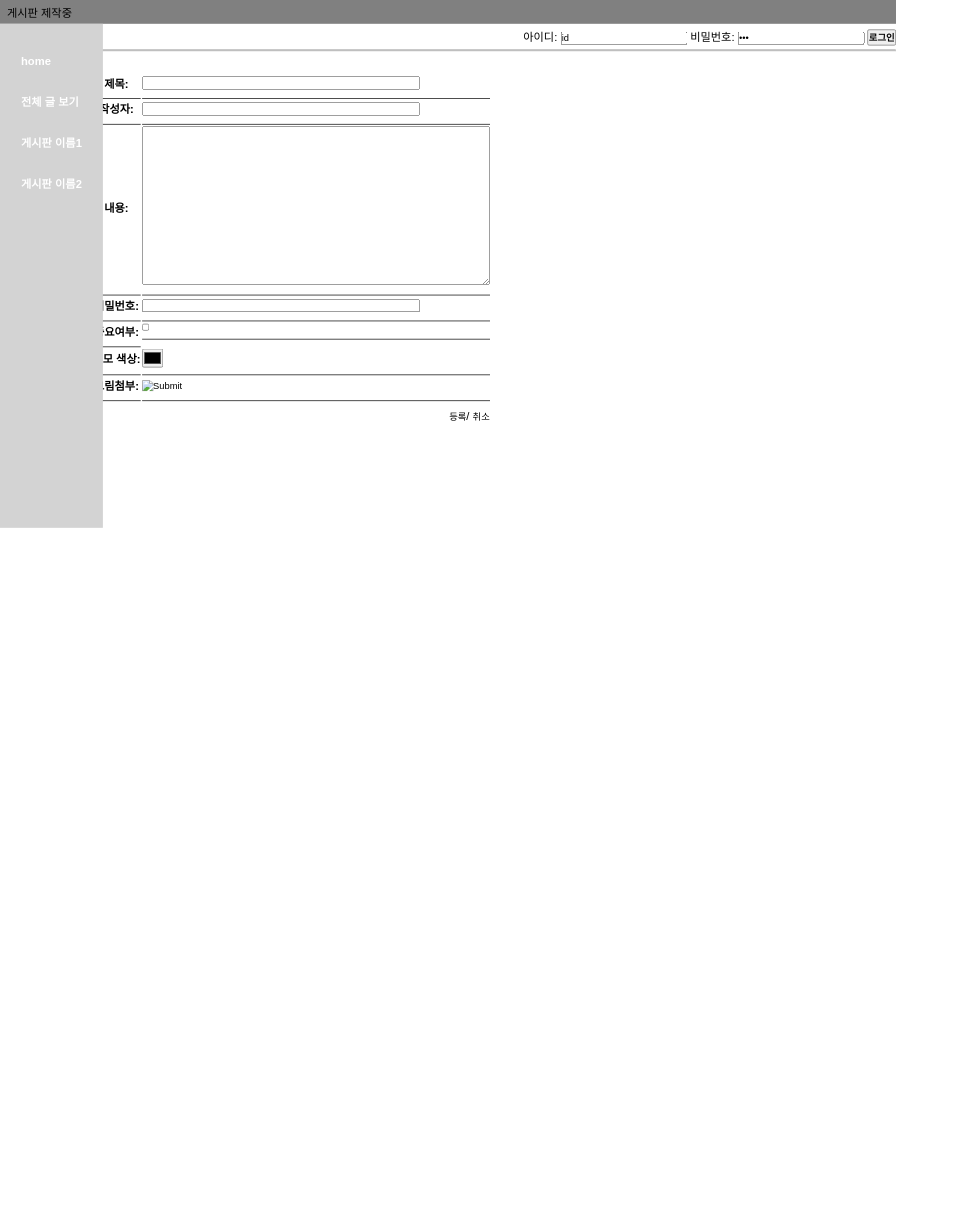
Repository: hyeon-jin-park/study
Page: work/internet_programing/Test_final/public/input.html
An editor plug-in stored every save of this project. The page is shown before and after the next save, followed by the edit.
The browser window is 1280 px wide. The page is 1380 px wide, so the pictures cover 1380 px, including what lies to the right of the window. The pictures show the part of the page from y = 0 to 1760 px (the page is 10000 px tall), at 70% of full size.

Above is the page before, as saved 2025-03-26 09:34:43.

### work/internet_programing/Test_final/public/input.html
<!DOCTYPE html>
<html lang="ko">
<head>

    <meta charset="UTF-8">
    <meta name="viewport" content="width=device-width, initial-scale=1.0">
    <title>input.html</title>
	<link rel="stylesheet" href="layout.css">
	<style>
	* { margin: 0; padding: 0; box-sizing: border-box; }
	body { font-family: Arial, sans-serif; }

	#login_button{
		text-align:center;
		font-weight:bold;

	}
	</style>

</head>


<body>

    <header>
        게시판 제작중
    </header>


    <nav>
    	<ul>
    		<li><a href="home.html">home</a></li>
    		<li><a href="#">전체 글 보기</a></li>
    		<li><a href="#">게시판 이름1</a></li>
    		<li><a href="#">게시판 이름2</a></li>
    	</ul>
    </nav>


    <section>
    <div class="board_title">
    		<h1>게시판 이름</h1>
    			<form style="padding-left:10px">
    			아이디: <input type="text" name="아이디" value="id">
    			비밀번호: <input type="password" name="비밀번호" value="pwd">
    			<button id="login_button" type="submit" >로그인</button>
    			</form>
    	</div>
    	<hr>
    	<hr>
    	<div  class="input_form">
    	    <form method="get">
    		<table>
    			<tr>
    				<th>제목: </th>
    				<td><input type="text" name="제목"></td>
    			</tr>
    			<tr>
    				<th>작성자: </th>
    				<td><input type="text" name="작성자"></td>
    			</tr>
    			<tr>
    				<th>내용: </th>
    				<td><textarea rows="15" cols="60"></textarea></td>
    			</tr>
    			<tr>
    				<th>비밀번호: </th>
    				<td><input type="password" name="등록 비밀번호"></td>
    			</tr>
    			<tr>
    				<th>중요여부: </th>
    				<td style="display:grid; justify-content:start;text-align:center"><input type="checkbox" name="중요도"></td>
    			</tr>
    			<tr>
    				<th>메모 색상: </th>
    				<td><input style="width:30px" type="color" name="색상"></td>
    			</tr>
    			<tr>
    				<th>그림첨부: </th>
    				<td><input type="image" name="그림"></td>
    			</tr>
    			<tr>
    				<td colspan="2" style="border-bottom:none;text-align: right;padding-top:10px;">
    				<button type="submit">등록</button>/
    				<button type="reset">취소</button>
    				</td>
    			</tr>

    		</table>
    		</form>
    	</div>
    </section>

    <footer>
    	<h1></h1>
    </footer>

</body>
</html>

### work/internet_programing/Test_final/public/layout.css
@charset "UTF-8";

body{
	min-height:10000px;
}
header {
            background-color: gray;
            color: black;
            padding: 5px 10px;
            display: fixed;
            width: 100%;
        }

nav {
        	display:table-cell;
    		background-color: lightgray;
    		color: black;
    		padding: 20px;
    		position: fixed;
    		height: 100vh;
		}

nav ul {
    		list-style: none;
    		padding: 0;
		}
nav ul li {
   		 margin: 15px 0;
		}

nav a {
    		text-decoration: none;
    		color: white;
   		    font-weight: bold;
   		 	display: block;
    		padding: 10px;
    		border-radius: 5px;
		}

nav a:hover {
    		background-color: #555;
		}


.content {
			margin-top: 60px;
			z-index: 999;
    		margin-left: 300px;
    		padding: 20px;
    		padding-top: 0px;
    		align-items: center;
    		overflow:auto;
		}
.board_title{
			margin:0px;
			padding: 0px;
			display: flex;
            justify-content: space-between;
            align-items: center;
            width: 100%;
		}
.board_title ul{
			list-style: none;
			padding:0;
		}

.board_title a {
    		text-decoration: none;
    		color: black;
   		    font-weight: bold;
   		 	display: block;
    		padding: 10px;
    		border-radius: 5px;
		}

.board_title h1{
			font-size: 25px;

		}
.input_form{
			padding:20px 20px;
			width:100%;
			margin-left:100px;
    		margin-bottom:10000px;
		}
.input_form table{
			white-space: nowrap;
			padding-right:300px;
			margin:10px;
		}
.input_form th,td{
			padding-bottom:10px;
			border-bottom: 1px solid black;
		}
.input_form button{
			border:none;
			background-color:white;
			cursor: pointer;
		}
.input_form input{
			width:80%;
		}


.footer {
    		background-color: silver;
    		color: white;
    		text-align: center;
    		height: 30px;
    		padding: 5px 0;
    		position: fixed;
    		bottom: 0;
    		width: 100%;
    		z-index: 1000;
    		box-sizing: border-box;
		}

After the next save:
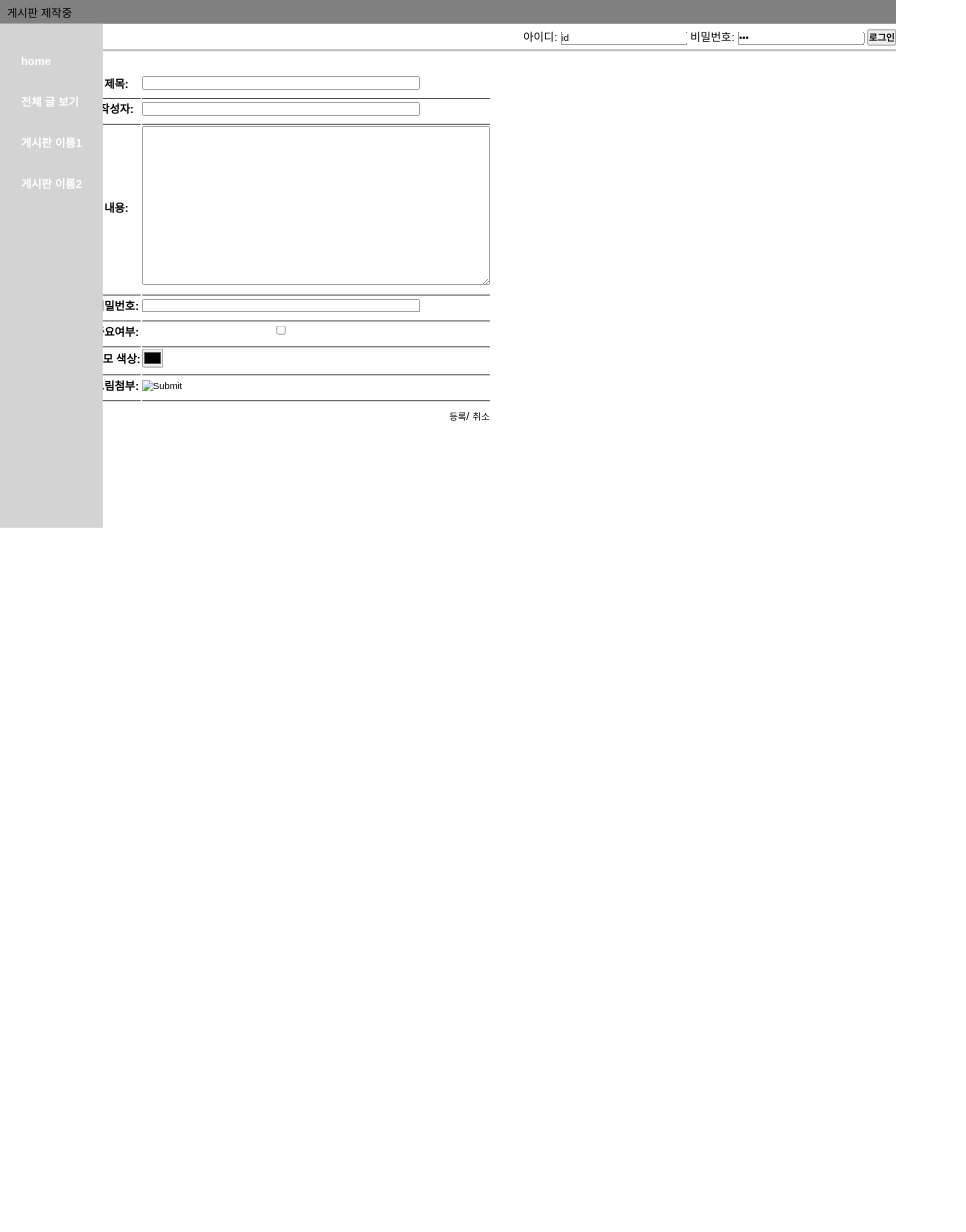
Saved 5 min 40 s later.
--- a/work/internet_programing/Test_final/public/input.html
+++ b/work/internet_programing/Test_final/public/input.html
@@ -69,7 +69,7 @@
     			</tr>
     			<tr>
     				<th>중요여부: </th>
-    				<td style="display:grid; justify-content:start;text-align:center"><input type="checkbox" name="중요도"></td>
+    				<td ><input type="checkbox" name="중요도"></td>
     			</tr>
     			<tr>
     				<th>메모 색상: </th>
